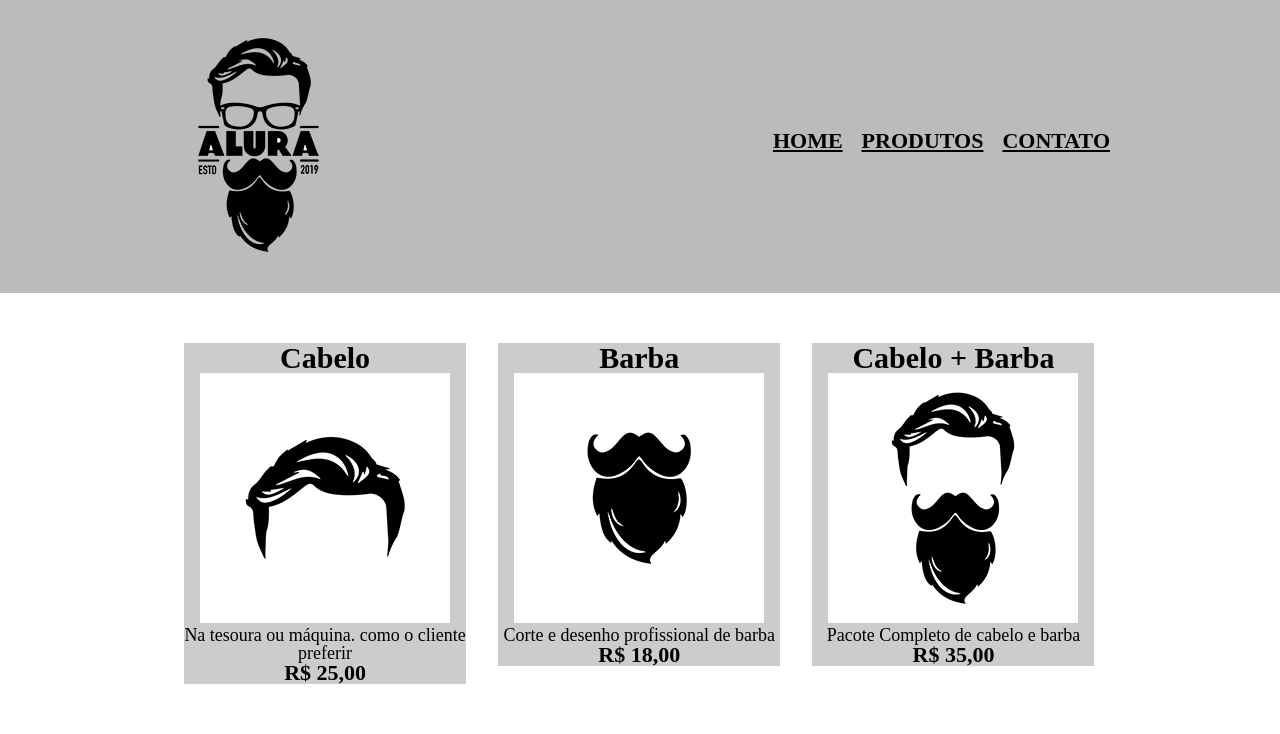
Repository: AnaBerlanda/AulaAlura
Page: produtos.html
The author's editor kept a copy of each file at every save. The page is drawn from the files as they stood at one save, then again after the next save.
The browser window is 1280 px wide. The pictures show the whole page.

Above is the page before, as saved 2022-04-11 16:08:41.

After the next save:
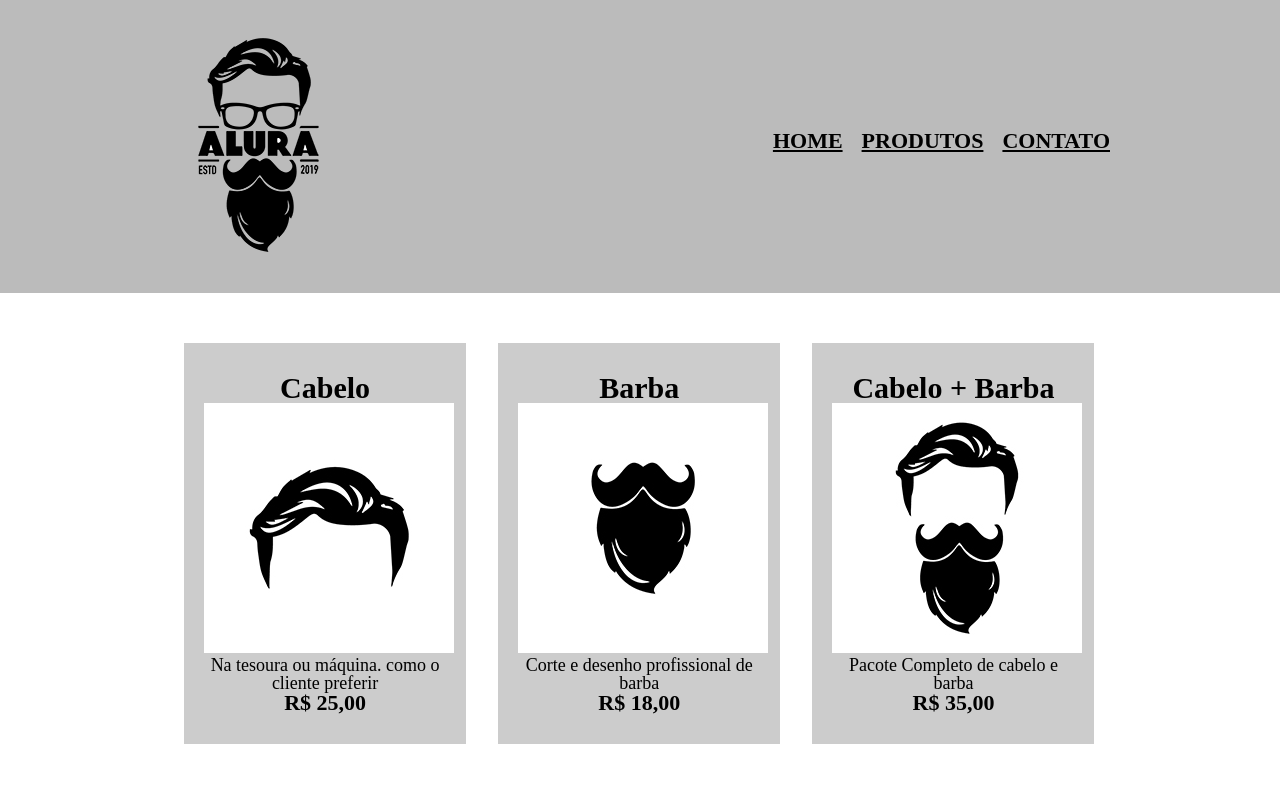
Saved 10 min 45 s later.
--- a/produtos.css
+++ b/produtos.css
@@ -35,6 +35,8 @@ nav a{
     vertical-align: top;
     background-color: #cccccc;
     margin: 0 1.5%;
+    padding: 30px 20px;
+    box-sizing: border-box;
 }
 .produtos h2{
     font-size: 30px;
